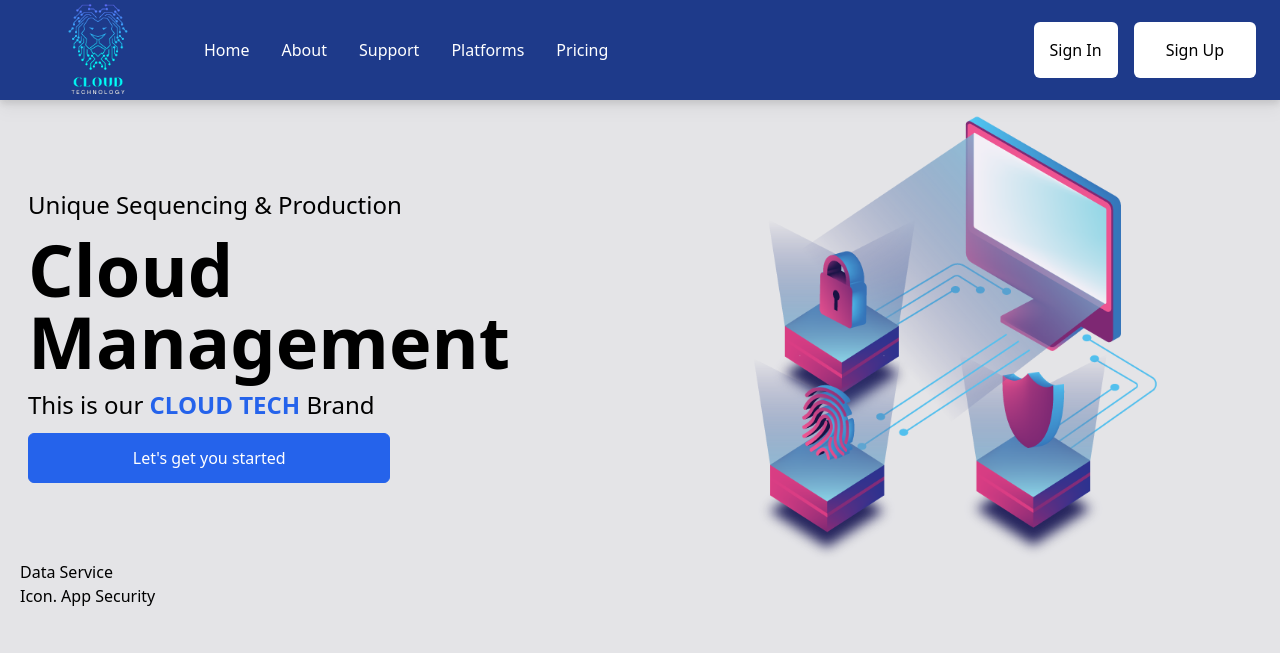
Repository: Esther-Kamau/cloud-management
Page: /
The author's editor kept a copy of each file at every save. The page is drawn from the files as they stood at one save, then again after the next save.
The browser window is 1280 px wide. The pictures show the whole page.
The project was rebuilt for these pictures with package versions that can differ from the ones it lists, and the page was loaded fresh each time. A package was used in the major version that the imports need, not the one package.json lists.

Above is the page before, as saved 2023-03-16 17:36:44.

### public/index.html
<!DOCTYPE html>
<html lang="en">
  <head>
    <meta charset="utf-8" />
    <link rel="icon" href="%PUBLIC_URL%/Logo.png" />
    <meta name="viewport" content="width=device-width, initial-scale=1" />
    <meta name="theme-color" content="#000000" />
    <meta
      name="description"
      content="Web site created using create-react-app"
    />
    <link rel="apple-touch-icon" href="%PUBLIC_URL%/Logo.png" />
    <!--
      manifest.json provides metadata used when your web app is installed on a
      user's mobile device or desktop. See https://developers.google.com/web/fundamentals/web-app-manifest/
    -->
    <link rel="manifest" href="%PUBLIC_URL%/manifest.json" />
    <!--
      Notice the use of %PUBLIC_URL% in the tags above.
      It will be replaced with the URL of the `public` folder during the build.
      Only files inside the `public` folder can be referenced from the HTML.

      Unlike "/favicon.ico" or "favicon.ico", "%PUBLIC_URL%/favicon.ico" will
      work correctly both with client-side routing and a non-root public URL.
      Learn how to configure a non-root public URL by running `npm run build`.
    -->
    <title>Cloud Technology</title>
  </head>
  <body>
    <noscript>You need to enable JavaScript to run this app.</noscript>
    <div id="root"></div>
    <!--
      This HTML file is a template.
      If you open it directly in the browser, you will see an empty page.

      You can add webfonts, meta tags, or analytics to this file.
      The build step will place the bundled scripts into the <body> tag.

      To begin the development, run `npm start` or `yarn start`.
      To create a production bundle, use `npm run build` or `yarn build`.
    -->
  </body>
</html>

### src/index.css
@tailwind base;
@tailwind components;
@tailwind utilities;

@layer base{
    li{
      @apply p-4 text-white hover:text-slate-300
    }
    button {
        @apply p-4 text-white border bg-blue-600 border-blue-600
        hover:bg-transparent hover:text-black rounded-md
      }
}

### src/App.jsx
import Navbar from "./components/Navbar"
import Hero from "./components/Hero"

function App() {
  return (

    <>
  <Navbar/>
  <Hero/>
    </>
  );
}

export default App;

### src/components/Navbar.jsx
import React,{useState} from "react";
import { MenuIcon, XIcon } from "@heroicons/react/outline";
import Logo from "../assets/Logo.png";

const Navbar = () => {
    const [nav,setNav] = useState(false)
    const handleClick =() => setNav(!nav)


  return (
    <div className="w-screen h-[100px] z-10 bg-blue-900 fixed drop-shadow-lg">
      <div className="px-2 flex justify-between items-center w-full h-full">
        <div className="flex items-center">
          <img className="h-[180px] w-[180px]" src={Logo} alt="Logoimg" />
          <ul className="hidden md:flex">
            <li>Home</li>
            <li>About</li>
            <li>Support</li>
            <li>Platforms</li>
            <li>Pricing</li>
          </ul>
        </div>
        <div className="hidden md:flex pr-4">
          <button className="border-none bg-white text-black mr-4 hover:text-white hover:bg-blue-300">
            Sign In
          </button>
          <button className="border-none bg-white text-black px-8 py-3 hover:text-white hover:bg-blue-300">
            Sign Up
          </button>
        </div>
        {/* toggle state */}
        <div className="md:hidden" onClick={handleClick}>
            {/* if the opposite of nav is true display this else xicon */}
{!nav ? <MenuIcon className="w-8 stroke-white" /> : <XIcon className="w-8 stroke-white" />}

        </div>
      </div>
      {/* if nav is not true hide the menu if tru display the menu */}
      <ul className={!nav ? 'hidden': "absolute bg-blue-900 w-full px-8"}>
        <li className="border-b-2 border-blue-200 w-full">Home</li>
        <li className="border-b-2 border-blue-200 w-full">About</li>
        <li className="border-b-2 border-blue-200 w-full">Support</li>
        <li className="border-b-2 border-blue-200 w-full">Platforms</li>
        <li className="border-b-2 border-blue-200 w-full">Pricing</li>
      <div className="flex flex-col my-4">
        <button className="bg-transparent text-white px-8 py-3 mb-4 hover:bg-slate-200 hover:text-black">Sign In</button>
        <button className="px-8 py-3" >Sign Up</button>
      </div>
      </ul>
    </div>
  );
};

export default Navbar;

### src/components/Hero.jsx
import React from 'react'
import {
    CloudUploadIcon,
    DatabaseIcon,
    PaperAirplaneIcon,
    ServerIcon,
} from '@heroicons/react/solid'

import bgImg from '../assets/cyber-bg.png'

const Hero = () => {
  return (
    <div className='w-full h-screen bg-zinc-200 flex flex-col justify-between'>
        <div className='grid md:grid-cols-2 max-w-[1240px] m-auto'>
            <div className='flex flex-col justify-center md:items-start w-full px-2 py-3'>
                <p className='text-2xl'>Unique Sequencing & Production</p>
                <h1 className='py-3 text-5xl font-bold md:text-7xl'>Cloud Management</h1>
                <p className='text-2xl mb-3'>This is our <span className='text-blue-600 font-bold'>CLOUD TECH</span> Brand</p>
                <button className='py-3 px-6 sm:w-[60%]'>Let's get you started</button>
            </div>
            <div className='flex flex-col justify-center items-center w-full'>
                <img src={bgImg} alt='bg' className='w-full h-full'/>
                </div>
                <div>
                    <p>Data Service</p>
                    <div>
                        <p>Icon. App Security</p>
                        <p></p>
                    </div>
                </div>
        </div>
    </div>
  )
}

export default Hero

Loaded but not shown: src/index.js (common file); tailwind.config.js (common file)

After the next save:
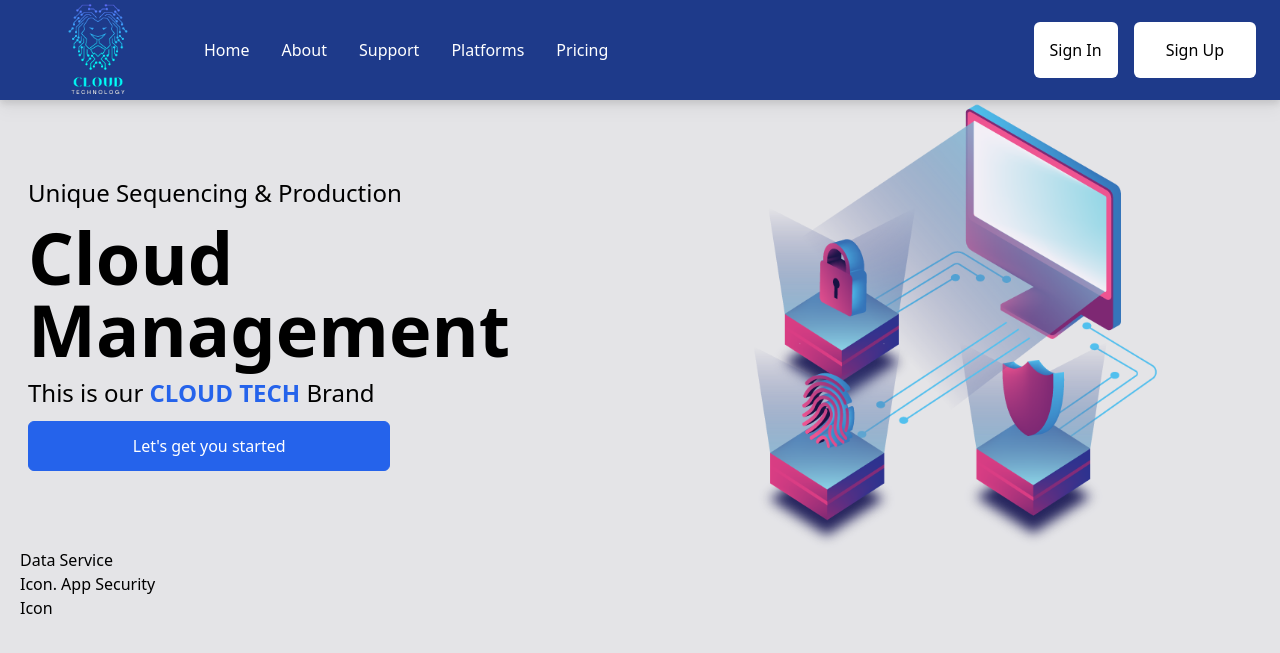
Saved 4 s later.
--- a/src/components/Hero.jsx
+++ b/src/components/Hero.jsx
@@ -25,7 +25,7 @@ const Hero = () => {
                     <p>Data Service</p>
                     <div>
                         <p>Icon. App Security</p>
-                        <p></p>
+                        <p>Icon</p>
                     </div>
                 </div>
         </div>
